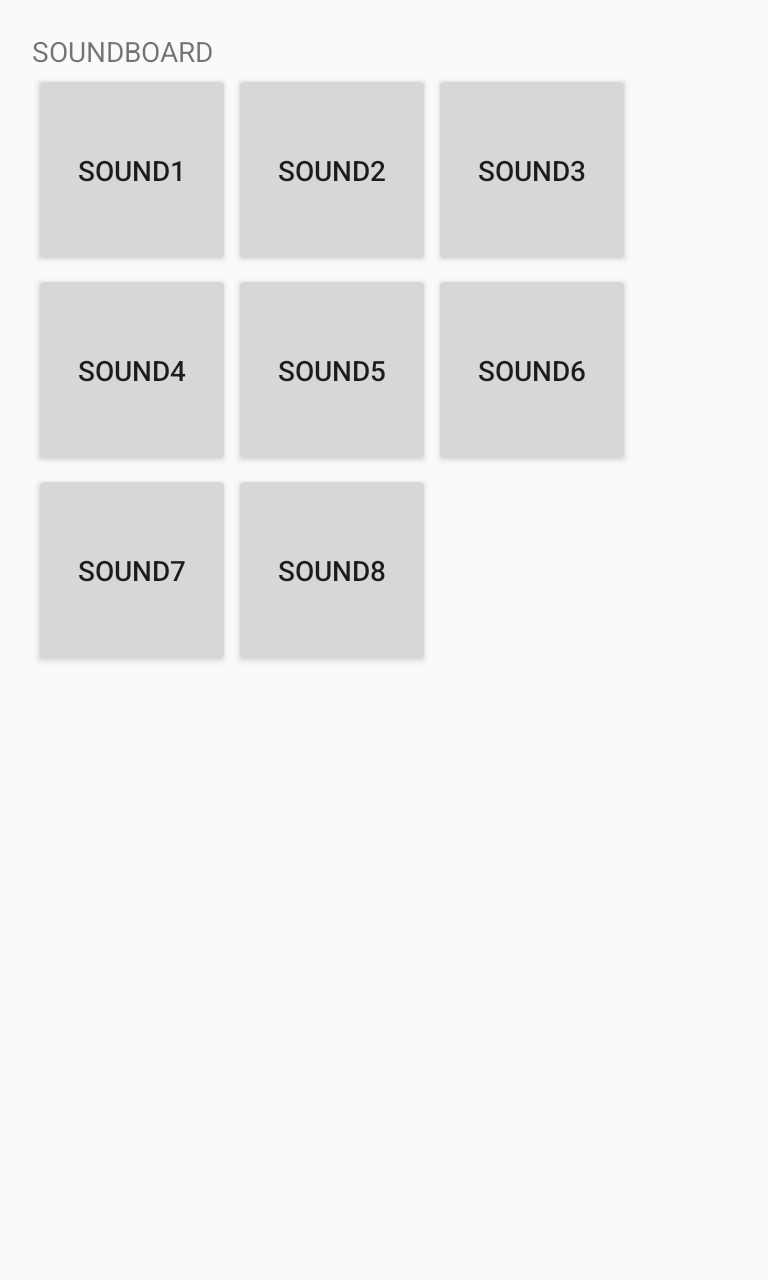
Repository: SoundBoardJAMJ/Project
Layout: workspace/soundtest/res/layout/fragment_main.xml
An editor plug-in stored every save of this project. The layout is shown before and after the next save, followed by the edit.
It is drawn on a 768 x 1280 px phone screen (xhdpi) without system bars, with theme AppTheme; the app's code is not run.

Above is the layout before, as saved 2014-04-28 23:23:57.

### workspace/soundtest/res/layout/fragment_main.xml
<ScrollView xmlns:android="http://schemas.android.com/apk/res/android"
xmlns:tools="http://schemas.android.com/tools"
android:layout_width="match_parent"
android:layout_height="match_parent" >

<RelativeLayout
    android:layout_width="match_parent"
    android:layout_height="469dp"
    android:paddingBottom="@dimen/activity_vertical_margin"
    android:paddingLeft="@dimen/activity_horizontal_margin"
    android:paddingRight="@dimen/activity_horizontal_margin"
    android:paddingTop="@dimen/activity_vertical_margin"
    tools:context="com.example.soundtest.MainActivity$PlaceholderFragment" >

    <TextView
        android:id="@+id/textView1"
        android:layout_width="wrap_content"
        android:layout_height="wrap_content"
        android:text="SOUNDBOARD" />

    <Button
        android:id="@+id/button1"
        android:layout_width="100dp"
        android:layout_height="100dp"
        android:layout_alignLeft="@+id/textView1"
        android:layout_below="@+id/textView1"
        android:onClick="ButtonOnClick"
        android:text="sound1" />

    <Button
        android:id="@+id/button3"
        android:layout_width="100dp"
        android:layout_height="100dp"
        android:layout_alignBaseline="@+id/button2"
        android:layout_alignBottom="@+id/button2"
        android:layout_toRightOf="@+id/button2"
        android:onClick="ButtonOnClick"
        android:text="sound3" />

    <Button
        android:id="@+id/button2"
        android:layout_width="100dp"
        android:layout_height="100dp"
        android:layout_alignBaseline="@+id/button1"
        android:layout_alignBottom="@+id/button1"
        android:layout_toRightOf="@+id/button1"
        android:onClick="ButtonOnClick"
        android:text="sound2" />

    <Button
        android:id="@+id/button8"
        android:layout_width="100dp"
        android:layout_height="100dp"
        android:layout_alignBaseline="@+id/button7"
        android:layout_alignBottom="@+id/button7"
        android:layout_toRightOf="@+id/button4"
        android:onClick="ButtonOnClick"
        android:text="sound8" />

    <Button
        android:id="@+id/button7"
        android:layout_width="100dp"
        android:layout_height="100dp"
        android:layout_below="@+id/button4"
        android:layout_toLeftOf="@+id/button8"
        android:onClick="ButtonOnClick"
        android:text="sound7" />

    <Button
        android:id="@+id/button4"
        android:layout_width="100dp"
        android:layout_height="100dp"
        android:layout_alignLeft="@+id/button1"
        android:layout_below="@+id/button1"
        android:onClick="ButtonOnClick"
        android:text="sound4" />

    <Button
        android:id="@+id/button5"
        android:layout_width="100dp"
        android:layout_height="100dp"
        android:layout_above="@+id/button8"
        android:layout_alignLeft="@+id/button8"
        android:onClick="ButtonOnClick"
        android:text="sound5" />

    <Button
        android:id="@+id/button6"
        android:layout_width="100dp"
        android:layout_height="100dp"
        android:layout_alignBaseline="@+id/button5"
        android:layout_alignBottom="@+id/button5"
        android:layout_toRightOf="@+id/button5"
        android:onClick="ButtonOnClick"
        android:text="sound6" />

</RelativeLayout>
</ScrollView>

Loaded but not shown: workspace/soundtest/res/values/styles.xml (common file); workspace/soundtest/res/values-v11/styles.xml (common file); workspace/soundtest/res/values-v14/styles.xml (common file); workspace/soundtest/res/values/dimens.xml (common file); workspace/soundtest/res/values-w820dp/dimens.xml (common file)

After the next save:
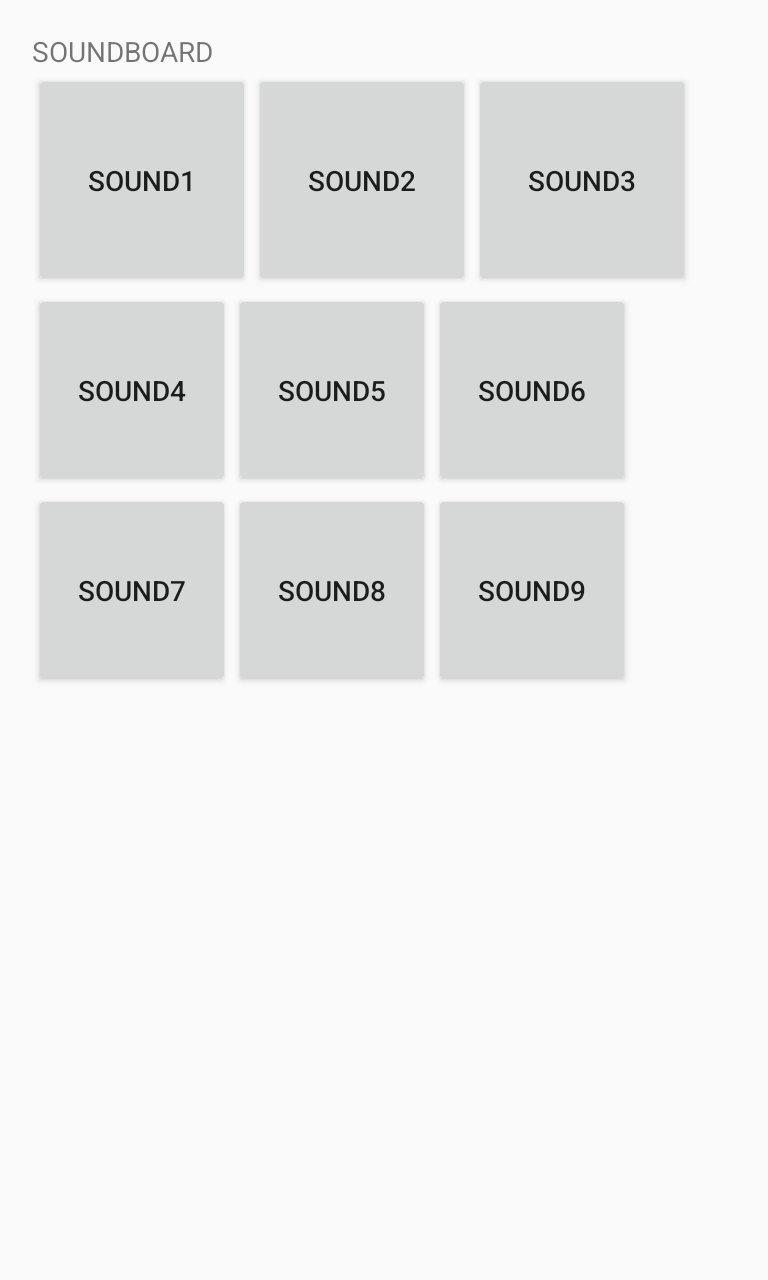
Saved 88 s later.
--- a/workspace/soundtest/res/layout/fragment_main.xml
+++ b/workspace/soundtest/res/layout/fragment_main.xml
@@ -20,8 +20,8 @@ android:layout_height="match_parent" >
 
     <Button
         android:id="@+id/button1"
-        android:layout_width="100dp"
-        android:layout_height="100dp"
+        android:layout_width="110dp"
+        android:layout_height="110dp"
         android:layout_alignLeft="@+id/textView1"
         android:layout_below="@+id/textView1"
         android:onClick="ButtonOnClick"
@@ -29,8 +29,8 @@ android:layout_height="match_parent" >
 
     <Button
         android:id="@+id/button3"
-        android:layout_width="100dp"
-        android:layout_height="100dp"
+        android:layout_width="110dp"
+        android:layout_height="110dp"
         android:layout_alignBaseline="@+id/button2"
         android:layout_alignBottom="@+id/button2"
         android:layout_toRightOf="@+id/button2"
@@ -39,8 +39,8 @@ android:layout_height="match_parent" >
 
     <Button
         android:id="@+id/button2"
-        android:layout_width="100dp"
-        android:layout_height="100dp"
+        android:layout_width="110dp"
+        android:layout_height="110dp"
         android:layout_alignBaseline="@+id/button1"
         android:layout_alignBottom="@+id/button1"
         android:layout_toRightOf="@+id/button1"
@@ -94,5 +94,14 @@ android:layout_height="match_parent" >
         android:onClick="ButtonOnClick"
         android:text="sound6" />
 
+    <Button
+        android:id="@+id/button9"
+        android:layout_width="100dp"
+        android:layout_height="100dp"
+        android:layout_alignBaseline="@+id/button8"
+        android:layout_alignBottom="@+id/button8"
+        android:layout_alignLeft="@+id/button6"
+        android:text="sound9" />
+
 </RelativeLayout>
 </ScrollView>
